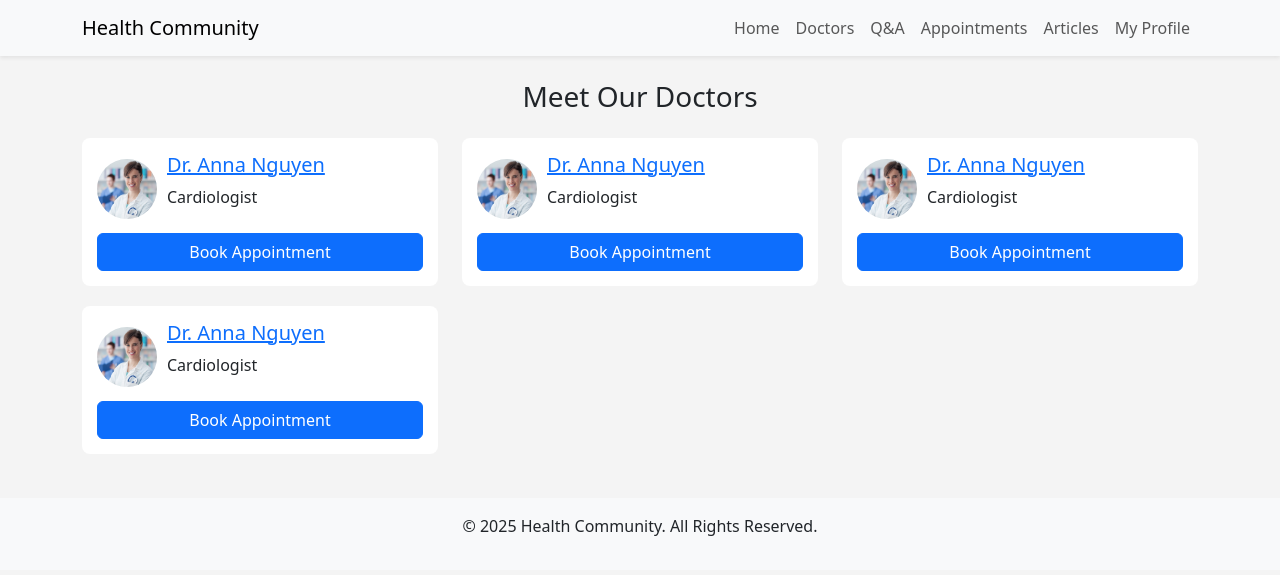
Repository: JonesKhaii/CodySocial
Page: tests/web-test/doctors.html
The author's editor kept a copy of each file at every save. The page is drawn from the files as they stood at one save, then again after the next save.
The browser window is 1280 px wide. The pictures show the whole page.

Above is the page before, as saved 2025-02-07 03:24:17.

### tests/web-test/doctors.html
<!DOCTYPE html>
<html lang="en">
    <head>
        <meta charset="UTF-8" />
        <meta name="viewport" content="width=device-width, initial-scale=1.0" />
        <title>Doctors | Health Community</title>
        <link
            rel="stylesheet"
            href="https://cdn.jsdelivr.net/npm/bootstrap@5.3.0/dist/css/bootstrap.min.css"
        />
        <link
            rel="stylesheet"
            href="https://cdnjs.cloudflare.com/ajax/libs/font-awesome/6.0.0/css/all.min.css"
        />
        <style>
            body {
                background-color: #f4f4f4;
            }
            .doctor-card {
                background: white;
                padding: 15px;
                border-radius: 8px;
                margin-bottom: 20px;
            }
            .profile-photo {
                width: 60px;
                height: 60px;
                border-radius: 50%;
                margin-right: 10px;
            }
        </style>
    </head>
    <body>
        <nav class="navbar navbar-expand-lg navbar-light bg-light shadow-sm">
            <div class="container">
                <a class="navbar-brand" href="#">Health Community</a>
                <button
                    class="navbar-toggler"
                    type="button"
                    data-bs-toggle="collapse"
                    data-bs-target="#navbarNav"
                >
                    <span class="navbar-toggler-icon"></span>
                </button>
                <div class="collapse navbar-collapse" id="navbarNav">
                    <ul class="navbar-nav ms-auto">
                        <li class="nav-item">
                            <a class="nav-link" href="index2.html">Home</a>
                        </li>
                        <li class="nav-item">
                            <a class="nav-link" href="doctors.html">Doctors</a>
                        </li>
                        <li class="nav-item">
                            <a class="nav-link" href="#">Q&A</a>
                        </li>
                        <li class="nav-item">
                            <a class="nav-link" href="#">Appointments</a>
                        </li>
                        <li class="nav-item">
                            <a class="nav-link" href="#">Articles</a>
                        </li>
                        <li class="nav-item">
                            <a class="nav-link" href="#">My Profile</a>
                        </li>
                    </ul>
                </div>
            </div>
        </nav>

        <div class="container mt-4">
            <h3 class="text-center mb-4">Meet Our Doctors</h3>
            <div class="row">
                <div class="col-md-4">
                    <div class="doctor-card">
                        <div class="d-flex align-items-center">
                            <img
                                src="asset/images/users/doctor1.jpeg"
                                class="profile-photo"
                            />
                            <div>
                                <h5>
                                    <a href="doctor-profile.html"
                                        >Dr. Anna Nguyen</a
                                    >
                                </h5>
                                <p>Cardiologist</p>
                            </div>
                        </div>
                        <button class="btn btn-primary w-100 mt-2">
                            Book Appointment
                        </button>
                    </div>
                </div>
                <div class="col-md-4">
                    <div class="doctor-card">
                        <div class="d-flex align-items-center">
                            <img
                                src="asset/images/users/doctor1.jpeg"
                                class="profile-photo"
                            />
                            <div>
                                <h5>
                                    <a href="doctor-profile.html"
                                        >Dr. Anna Nguyen</a
                                    >
                                </h5>
                                <p>Cardiologist</p>
                            </div>
                        </div>
                        <button class="btn btn-primary w-100 mt-2">
                            Book Appointment
                        </button>
                    </div>
                </div>
                <div class="col-md-4">
                    <div class="doctor-card">
                        <div class="d-flex align-items-center">
                            <img
                                src="asset/images/users/doctor1.jpeg"
                                class="profile-photo"
                            />
                            <div>
                                <h5>
                                    <a href="doctor-profile.html"
                                        >Dr. Anna Nguyen</a
                                    >
                                </h5>
                                <p>Cardiologist</p>
                            </div>
                        </div>
                        <button class="btn btn-primary w-100 mt-2">
                            Book Appointment
                        </button>
                    </div>
                </div>
                <div class="col-md-4">
                    <div class="doctor-card">
                        <div class="d-flex align-items-center">
                            <img
                                src="asset/images/users/doctor1.jpeg"
                                class="profile-photo"
                            />
                            <div>
                                <h5>
                                    <a href="doctor-profile.html"
                                        >Dr. Anna Nguyen</a
                                    >
                                </h5>
                                <p>Cardiologist</p>
                            </div>
                        </div>
                        <button class="btn btn-primary w-100 mt-2">
                            Book Appointment
                        </button>
                    </div>
                </div>
            </div>
        </div>

        <footer class="bg-light text-center p-3 mt-4">
            <p>&copy; 2025 Health Community. All Rights Reserved.</p>
        </footer>
    </body>
</html>

After the next save:
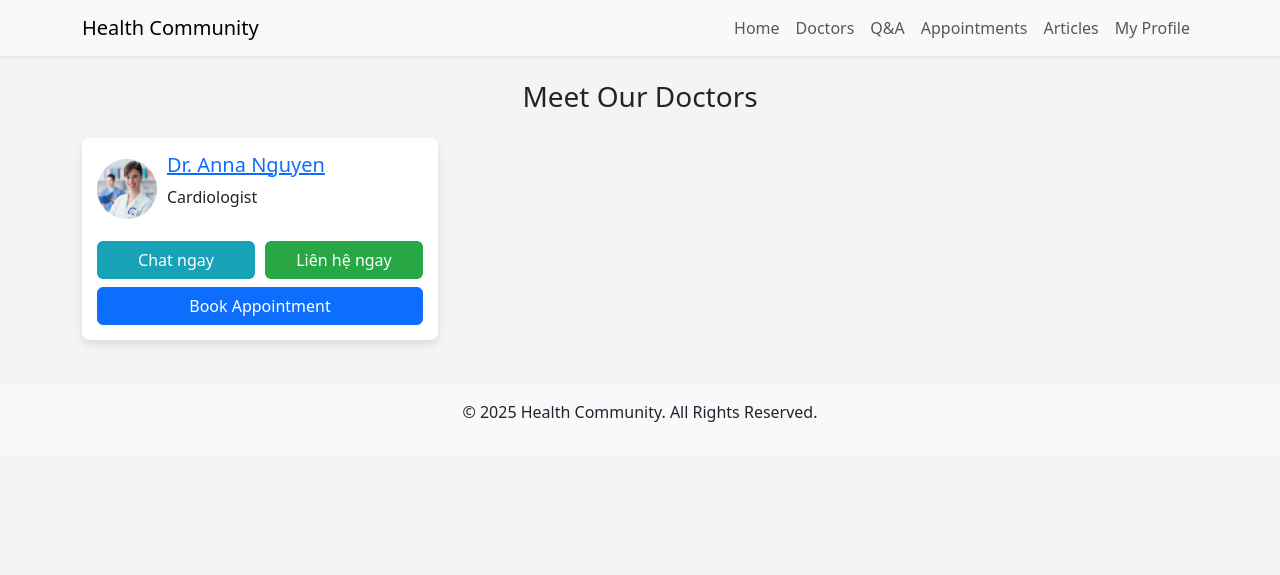
Saved 6 h 34 min later.
--- a/tests/web-test/doctors.html
+++ b/tests/web-test/doctors.html
@@ -21,12 +21,39 @@
                 padding: 15px;
                 border-radius: 8px;
                 margin-bottom: 20px;
+                box-shadow: 0 4px 8px rgba(0, 0, 0, 0.1);
+                transition: transform 0.2s;
+            }
+            .doctor-card:hover {
+                transform: translateY(-5px);
             }
             .profile-photo {
                 width: 60px;
                 height: 60px;
                 border-radius: 50%;
                 margin-right: 10px;
+            }
+            .action-buttons {
+                display: flex;
+                gap: 10px;
+            }
+            .btn-custom {
+                width: 100%;
+                transition: background-color 0.3s;
+            }
+            .btn-chat {
+                background-color: #17a2b8;
+                color: white;
+            }
+            .btn-chat:hover {
+                background-color: #138496;
+            }
+            .btn-contact {
+                background-color: #28a745;
+                color: white;
+            }
+            .btn-contact:hover {
+                background-color: #218838;
             }
         </style>
     </head>
@@ -86,68 +113,13 @@
                                 <p>Cardiologist</p>
                             </div>
                         </div>
-                        <button class="btn btn-primary w-100 mt-2">
-                            Book Appointment
-                        </button>
-                    </div>
-                </div>
-                <div class="col-md-4">
-                    <div class="doctor-card">
-                        <div class="d-flex align-items-center">
-                            <img
-                                src="asset/images/users/doctor1.jpeg"
-                                class="profile-photo"
-                            />
-                            <div>
-                                <h5>
-                                    <a href="doctor-profile.html"
-                                        >Dr. Anna Nguyen</a
-                                    >
-                                </h5>
-                                <p>Cardiologist</p>
-                            </div>
-                        </div>
-                        <button class="btn btn-primary w-100 mt-2">
-                            Book Appointment
-                        </button>
-                    </div>
-                </div>
-                <div class="col-md-4">
-                    <div class="doctor-card">
-                        <div class="d-flex align-items-center">
-                            <img
-                                src="asset/images/users/doctor1.jpeg"
-                                class="profile-photo"
-                            />
-                            <div>
-                                <h5>
-                                    <a href="doctor-profile.html"
-                                        >Dr. Anna Nguyen</a
-                                    >
-                                </h5>
-                                <p>Cardiologist</p>
-                            </div>
-                        </div>
-                        <button class="btn btn-primary w-100 mt-2">
-                            Book Appointment
-                        </button>
-                    </div>
-                </div>
-                <div class="col-md-4">
-                    <div class="doctor-card">
-                        <div class="d-flex align-items-center">
-                            <img
-                                src="asset/images/users/doctor1.jpeg"
-                                class="profile-photo"
-                            />
-                            <div>
-                                <h5>
-                                    <a href="doctor-profile.html"
-                                        >Dr. Anna Nguyen</a
-                                    >
-                                </h5>
-                                <p>Cardiologist</p>
-                            </div>
+                        <div class="action-buttons mt-3">
+                            <button class="btn btn-chat btn-custom">
+                                Chat ngay
+                            </button>
+                            <button class="btn btn-contact btn-custom">
+                                Liên hệ ngay
+                            </button>
                         </div>
                         <button class="btn btn-primary w-100 mt-2">
                             Book Appointment

After the save that followed:
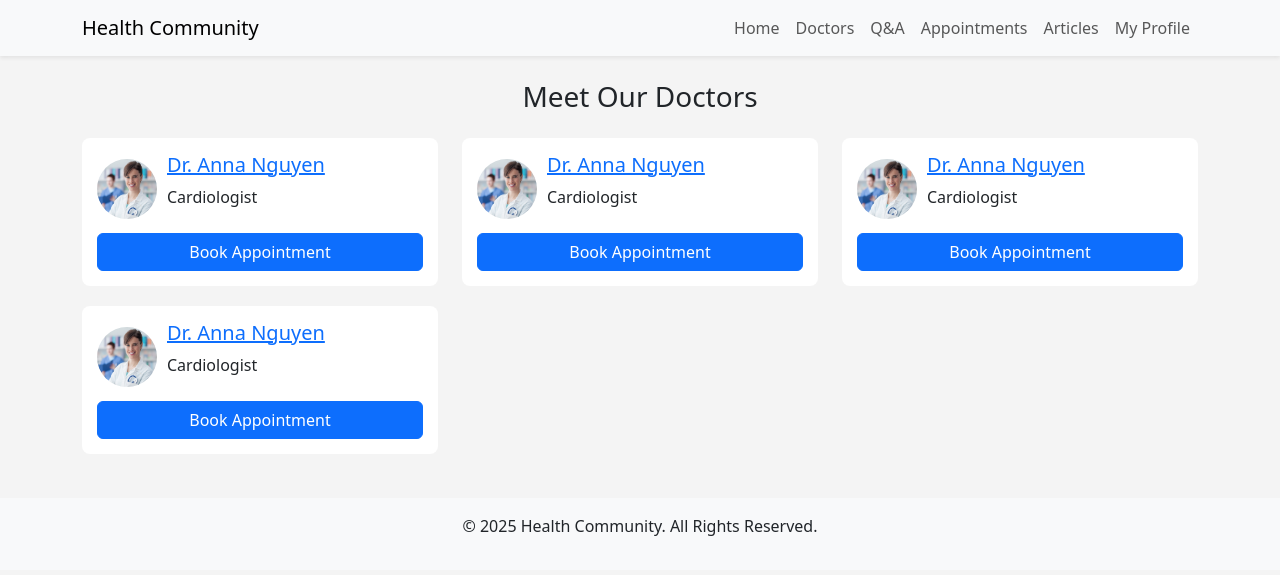
Saved 4 min 46 s later.
--- a/tests/web-test/doctors.html
+++ b/tests/web-test/doctors.html
@@ -21,39 +21,12 @@
                 padding: 15px;
                 border-radius: 8px;
                 margin-bottom: 20px;
-                box-shadow: 0 4px 8px rgba(0, 0, 0, 0.1);
-                transition: transform 0.2s;
-            }
-            .doctor-card:hover {
-                transform: translateY(-5px);
             }
             .profile-photo {
                 width: 60px;
                 height: 60px;
                 border-radius: 50%;
                 margin-right: 10px;
-            }
-            .action-buttons {
-                display: flex;
-                gap: 10px;
-            }
-            .btn-custom {
-                width: 100%;
-                transition: background-color 0.3s;
-            }
-            .btn-chat {
-                background-color: #17a2b8;
-                color: white;
-            }
-            .btn-chat:hover {
-                background-color: #138496;
-            }
-            .btn-contact {
-                background-color: #28a745;
-                color: white;
-            }
-            .btn-contact:hover {
-                background-color: #218838;
             }
         </style>
     </head>
@@ -113,13 +86,68 @@
                                 <p>Cardiologist</p>
                             </div>
                         </div>
-                        <div class="action-buttons mt-3">
-                            <button class="btn btn-chat btn-custom">
-                                Chat ngay
-                            </button>
-                            <button class="btn btn-contact btn-custom">
-                                Liên hệ ngay
-                            </button>
+                        <button class="btn btn-primary w-100 mt-2">
+                            Book Appointment
+                        </button>
+                    </div>
+                </div>
+                <div class="col-md-4">
+                    <div class="doctor-card">
+                        <div class="d-flex align-items-center">
+                            <img
+                                src="asset/images/users/doctor1.jpeg"
+                                class="profile-photo"
+                            />
+                            <div>
+                                <h5>
+                                    <a href="doctor-profile.html"
+                                        >Dr. Anna Nguyen</a
+                                    >
+                                </h5>
+                                <p>Cardiologist</p>
+                            </div>
+                        </div>
+                        <button class="btn btn-primary w-100 mt-2">
+                            Book Appointment
+                        </button>
+                    </div>
+                </div>
+                <div class="col-md-4">
+                    <div class="doctor-card">
+                        <div class="d-flex align-items-center">
+                            <img
+                                src="asset/images/users/doctor1.jpeg"
+                                class="profile-photo"
+                            />
+                            <div>
+                                <h5>
+                                    <a href="doctor-profile.html"
+                                        >Dr. Anna Nguyen</a
+                                    >
+                                </h5>
+                                <p>Cardiologist</p>
+                            </div>
+                        </div>
+                        <button class="btn btn-primary w-100 mt-2">
+                            Book Appointment
+                        </button>
+                    </div>
+                </div>
+                <div class="col-md-4">
+                    <div class="doctor-card">
+                        <div class="d-flex align-items-center">
+                            <img
+                                src="asset/images/users/doctor1.jpeg"
+                                class="profile-photo"
+                            />
+                            <div>
+                                <h5>
+                                    <a href="doctor-profile.html"
+                                        >Dr. Anna Nguyen</a
+                                    >
+                                </h5>
+                                <p>Cardiologist</p>
+                            </div>
                         </div>
                         <button class="btn btn-primary w-100 mt-2">
                             Book Appointment
